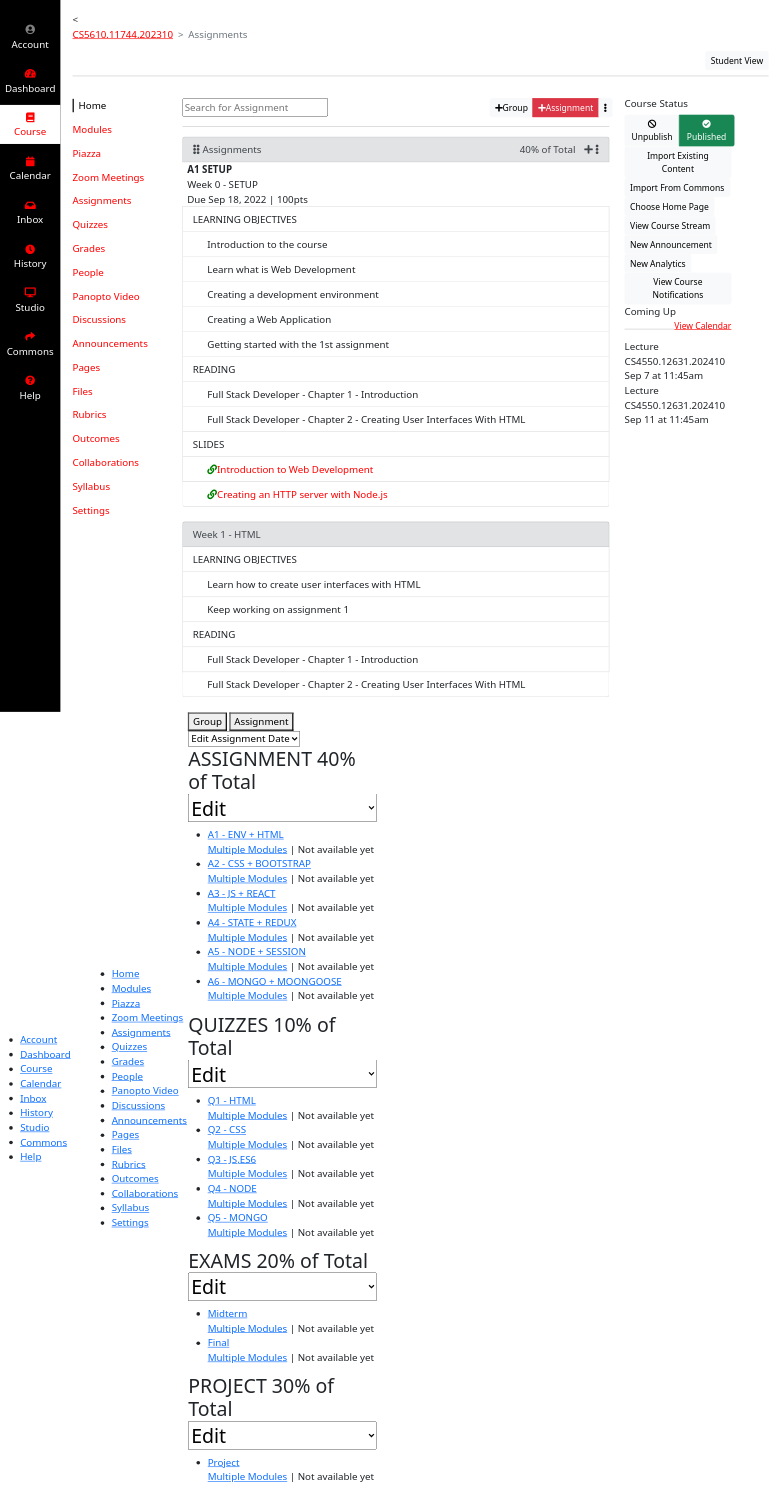
Repository: yuqiant/kanbas-react-web-app
Page: public/kanbas/assignment/index.html
The author's editor kept a copy of each file at every save. The page is drawn from the files as they stood at one save, then again after the next save.
The browser window is 1280 px wide. The pictures show the whole page, at 61% of full size.

Above is the page before, as saved 2023-10-04 23:41:24.

After the next save:
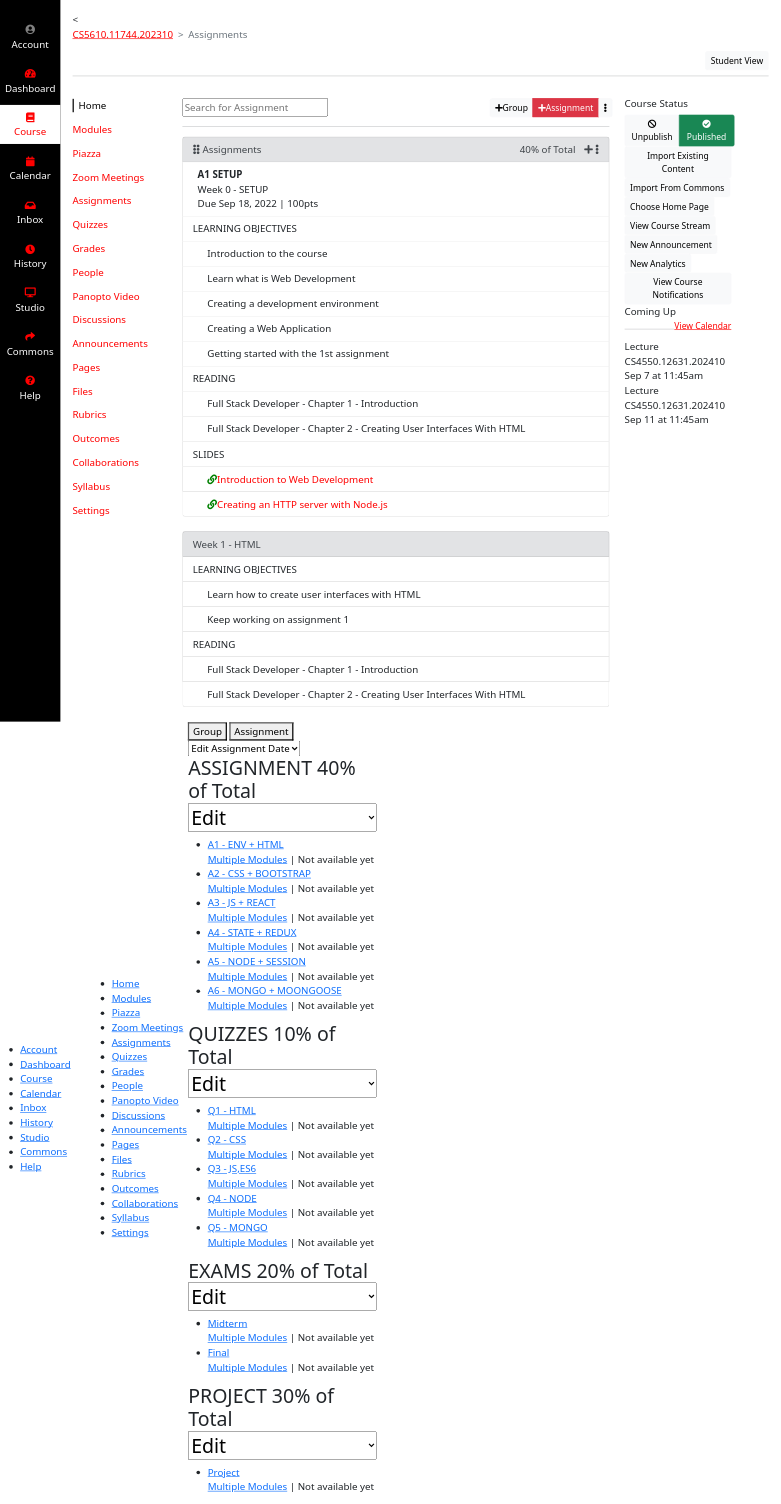
Saved 52 s later.
--- a/public/kanbas/assignment/index.html
+++ b/public/kanbas/assignment/index.html
@@ -108,12 +108,14 @@
 
 
                         </a>
-
-                        <div class="ms-2 me-auto">
-                            <div class="fw-bold">A1 SETUP</div>
-                            Week 0 - SETUP<br />
-                            Due Sep 18, 2022 | 100pts
-                        </div>
+                        <li class="list-group-item d-flex justify-content-between align-items-start">
+
+                            <div class="ms-2 me-auto">
+                                <div class="fw-bold">A1 SETUP</div>
+                                Week 0 - SETUP<br />
+                                Due Sep 18, 2022 | 100pts
+                            </div>
+                        </li>
 
 
 
